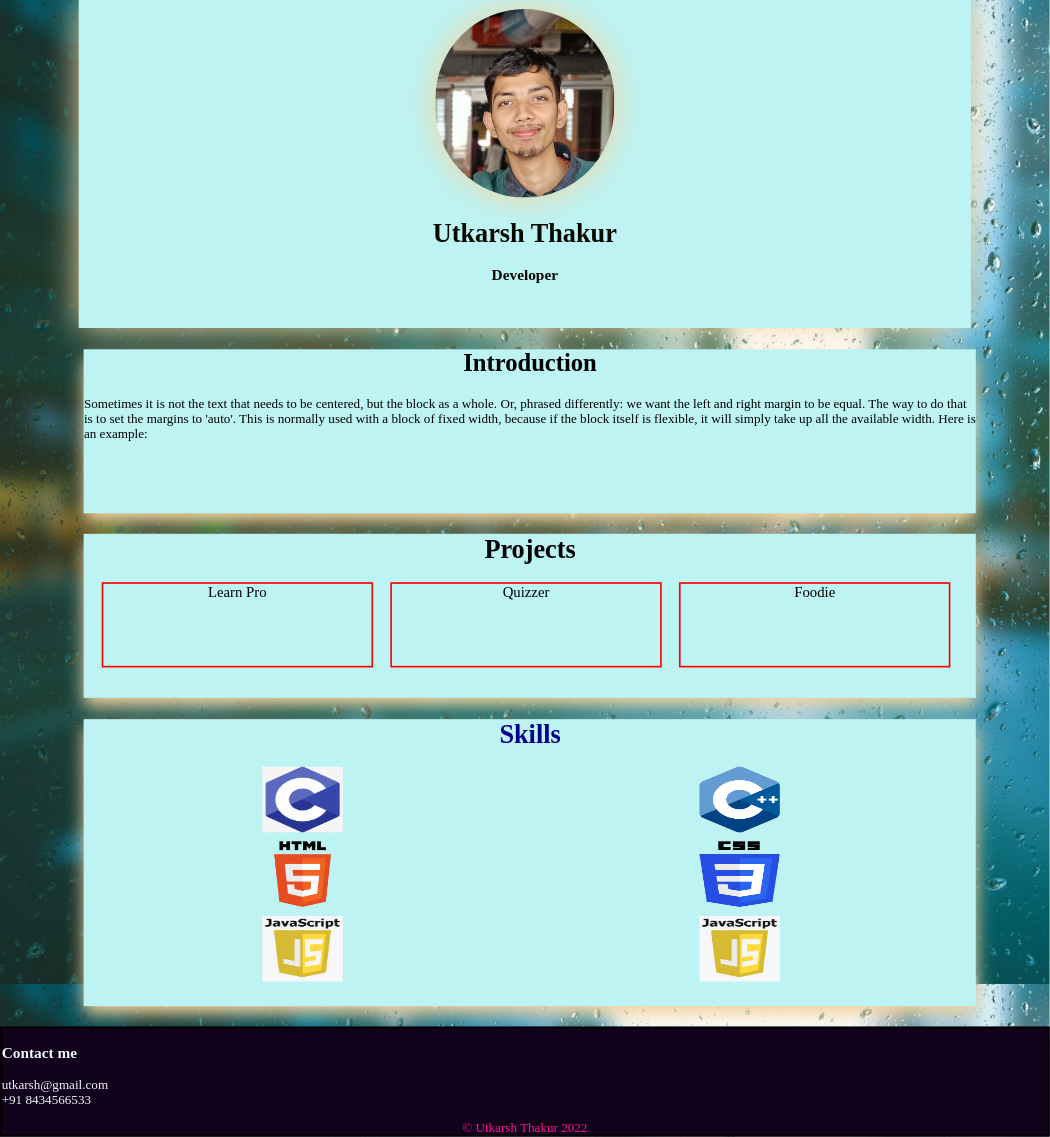
Repository: UtkarshThakur321/Utkarsh-Thakur-Profile
Page: index.html
These files come from the project's save history. The page is drawn as it stood at one moment and after the next save; the edit follows.
The browser window is 1280 px wide. The pictures show the whole page, at 82% of full size.

Above is the page before, as saved 2022-01-23 00:30:33.
Not found: main.js

### index.html
<!DOCTYPE html>
<html>
<head>
    <meta charset='utf-8'>
    <meta http-equiv='X-UA-Compatible' content='IE=edge'>
    <title>Page Title</title>
    <meta name='viewport' content='width=device-width, initial-scale=1'>
    <link rel='stylesheet' type='text/css' media='screen' href="index.css">
    <script src='main.js'></script>
</head>
<body>
    <div id="main">
    <!-- <div id="nav">
        <h1>My Resume</h1>
    </div> -->
    <center>
        <div id="intro">
            <div id="profileImage">
                 <img src="./Utkarsh_dp.jpg" alt="DP_Utkarsh__Thakur"
                 width="180" height="170">
            </div>
            <div id="profileName">
                <h1>Utkarsh Thakur</h1>
                <h3>Developer</h3>
            </div>

            <div>


             </div>
        </div>
    </center>



  <div id="aboutMe">
    <div id="aboutMeHeading">
        <h2>Introduction</h2>
    </div>
    <div id="aboutMeContent">
        <p>
            Sometimes it is not the text that needs to be centered, but the block as a whole. Or, phrased differently: we want the left and right margin to be equal. The way to do that is to set the margins to 'auto'. This is normally used with a block of fixed width, because if the block itself is flexible, it will simply take up all the available width. Here is an example:
        </p>
    </div>
  </div>



<div id="projects">
    <h1>Projects</h1>
    <div class="projectsContent">
       <span> Learn Pro</span>
    </div>
    <div class="projectsContent">
        <span>Quizzer</span>
    </div>
    <div class="projectsContent">
        <span>Foodie</span>
    </div>
</div>



    <div id="skills">
        <h1>Skills</h1>
        <div class="skillsContent">
            <img src="c_programming.png" alt="c_programming">
        </div>
        <div class="skillsContent">
            <img src="./c++_programming.png" alt="c++_programming">
        </div>
        <div class="skillsContent">
            <img src="./html.png" alt="html">
        </div>
        <div class="skillsContent">
            <img src="./CSS3.png" alt="css3">
        </div>
        <div class="skillsContent">
            <img src="./js.png" alt="js">
        </div>
        <div class="skillsContent">
            <img src="./js.png" alt="js">
        </div>

    </div>

    <div id="footer">
        <div id="footerContent">
            <h3>Contact me</h3>
        <p>
            utkarsh@gmail.com<br>
            +91 8434566533

        </p>
            <div id="copyright">
         &copy; Utkarsh Thakur 2022
            </div>
        </div>
        </div>

    </div>



</body>
</html>

### index.css
body{
    width:100%;
    margin:0px;
    /* background-color: rgb(171, 238, 238); */
    background-image:url("./bg.jpg");
}


#intro{

    background-color: rgb(190, 243, 243);
    height: 400px;
    width:85%;
    box-shadow: 0px 0px 40px rgb(245, 212, 159);
    margin-bottom: 2%;

}


#profileImage>img{
    margin-top: 1%;
    height:230px;
    width:20%;
    border-radius: 180px;
    box-shadow: 0px 0px 40px rgb(245, 212, 159);
}
#profileName{
    color:rgb(8, 8, 0);
    font-family: cursive;
}

#aboutMe{
    width:85%;
    height:200px;
    /* border:2px solid green; */
    margin-left:8%;
    box-shadow: 0px 10px 20px rgb(245, 212, 159);
    margin-bottom: 2%;
    background-color: rgb(190, 243, 243);
}



#aboutMeHeading{
    text-align:center;
    font-family:cursive;
    font-size:20px;
    font-weight: bold;
}
#aboutMeContent{

    font-family:cursive;
        font-size:16px;

}

#projects{
    width:85%;
        height:200px;
        /* border:2px solid green; */
        margin-left:8%;
        box-shadow: 0px 10px 20px rgb(245, 212, 159);
        font-family:cursive;

    text-align: center;
    margin-bottom: 2%;
    background-color: rgb(190, 243, 243);

}
.projectsContent{
    border:2px solid red;
    width:30%;
    height:100px;
    float:left;
    margin-left:2%;
}
.projectsContent>span{
    font-size: 18px;
}


#skills{
        width:85%;
        height:350px;
        /* border:2px solid green; */
        margin-left:8%;
        box-shadow: 0px 10px 20px rgb(245, 212, 159);
        margin-bottom: 2%;
        background-color: rgb(190, 243, 243);
}

#skills{
    color:darkblue;
    font-weight: 400;
    text-align: center;

}
.skillsContent{
    height:80px;
    margin:0% 2% 1%;
    width:45%;
    float:left;
    /* border:2px solid blue; */
}
.skillsContent>img{
    height:80px;
    width:20%;
}



#nav{
    height:50px;
    display:content;
    text-align: center;
    font-weight: 900;
    color:black;}
    /* text-align: center;
    font-family: Verdana, Geneva, Tahoma, sans-serif;
} */



.img{
    height:10px;
    width:10%;
}

#footer{
    background-color: rgb(18, 1, 26);
}
#footerContent{
    border:2px solid black;
    color:aliceblue;

}

/* #footer{
    text-align: center;
} */
#copyright{
    text-align: center;
    font-family:cursive;
    color:deeppink
}

After the next save:
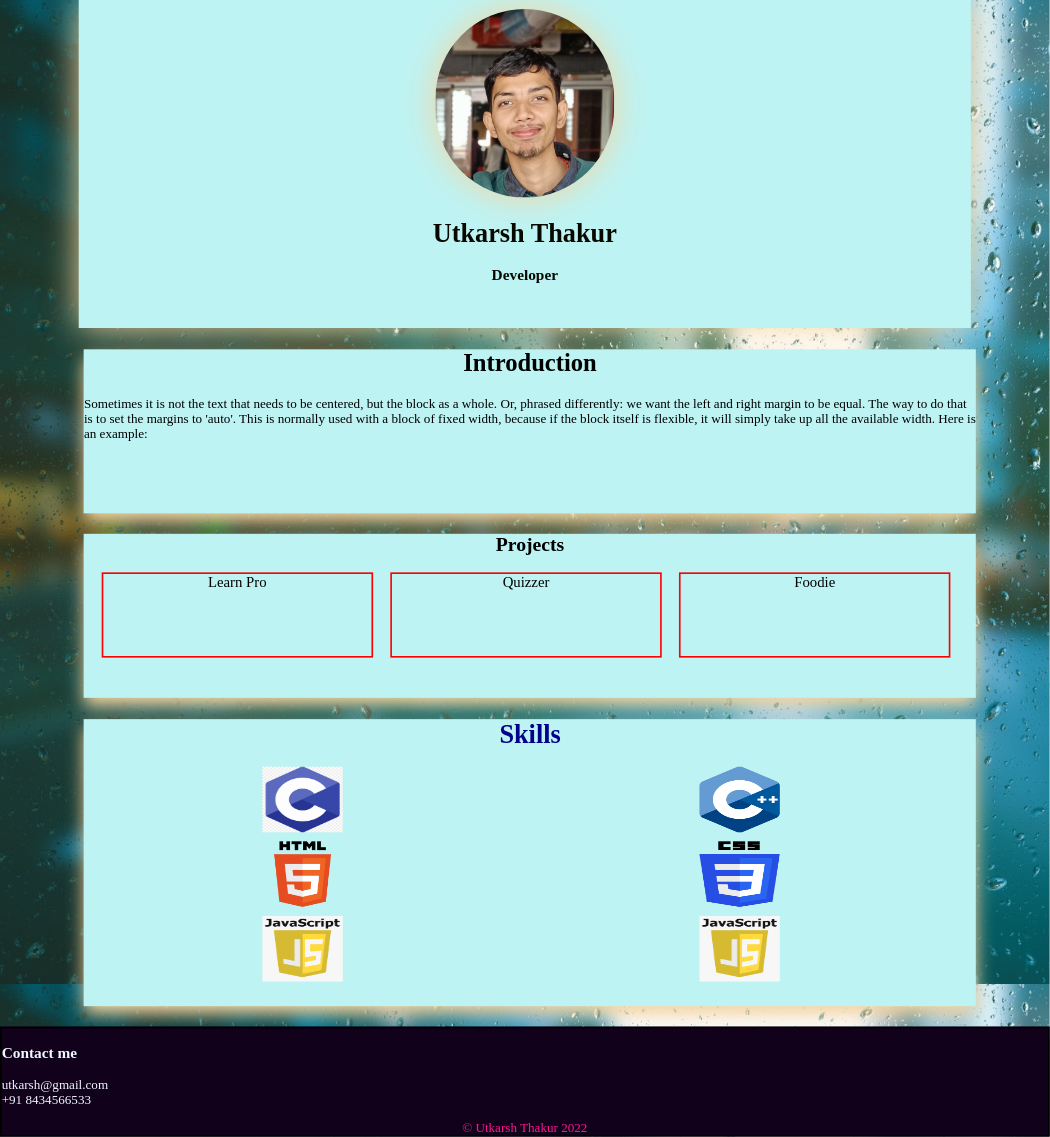
Saved 8 s later.
--- a/index.html
+++ b/index.html
@@ -47,7 +47,7 @@
 
 
 <div id="projects">
-    <h1>Projects</h1>
+    <h2>Projects</h2>
     <div class="projectsContent">
        <span> Learn Pro</span>
     </div>
